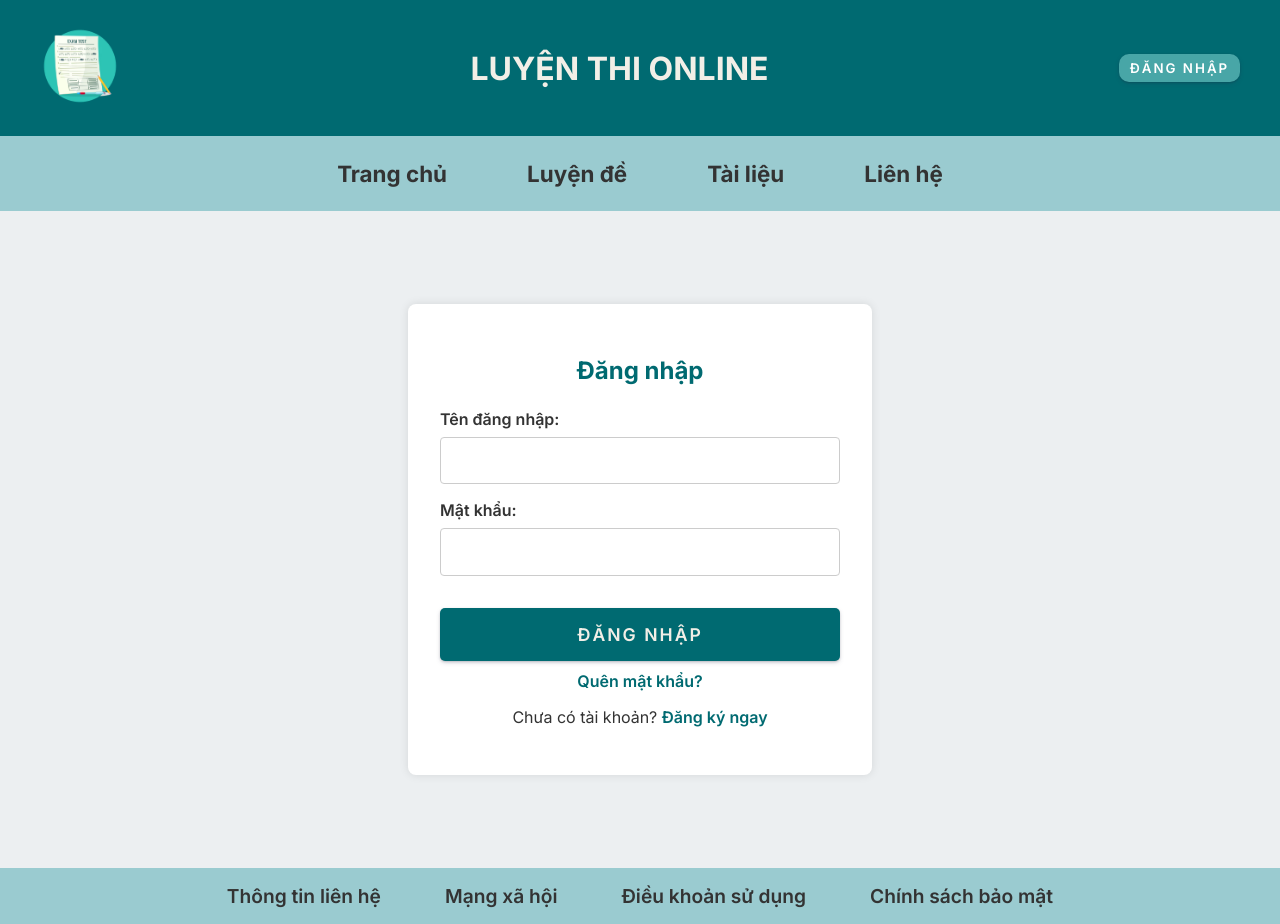
Repository: trgiangday/LapTrinhWeb
Page: http://localhost/login
An editor plug-in stored every save of this project. The page is shown before and after the next save, followed by the edit.
The browser window is 1280 px wide. The pictures show the whole page.
Some web fonts or font styles are not loaded; a fallback is used. The page is served by the project's application, run on Flask 3 (py/main.py).

Above is the page before, as saved 2025-05-15 15:24:54.

After the next save:
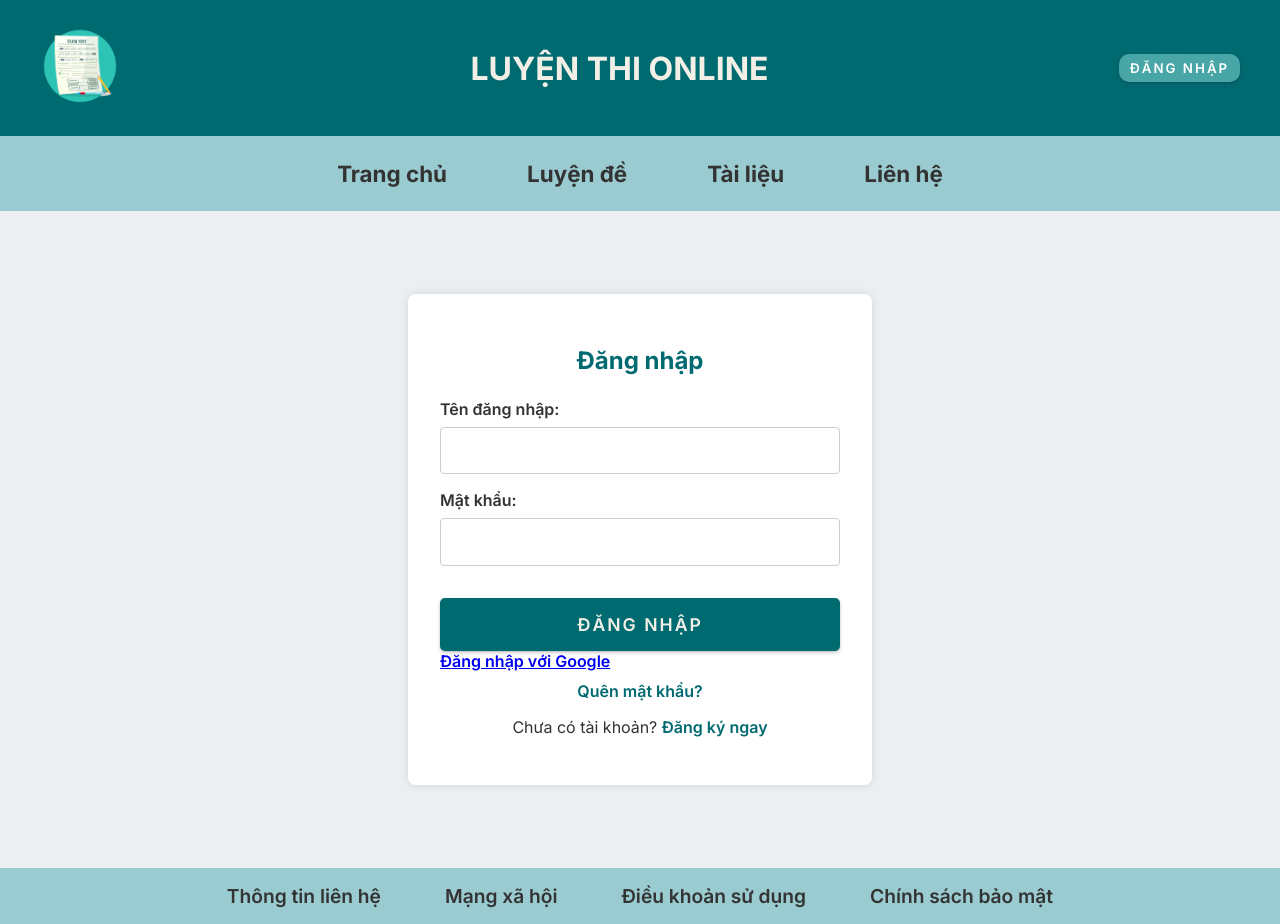
Saved 117 s later.
--- a/templates/login.html
+++ b/templates/login.html
@@ -49,6 +49,8 @@
                 </div>
                 <button type="submit" class="login-button inter-600 btn login-submit-button">Đăng nhập</button>
             </form>
+            <!-- Thêm nút Đăng nhập với Google -->
+            <a href="{{ url_for('login_google') }}" class="google-login-button inter-600">Đăng nhập với Google</a>
             <!-- Căn giữa và đồng bộ màu chữ "Quên mật khẩu?" -->
             <p class="forgot-password-link inter-400"><a href="{{ url_for('forgot_password') }}" class="inter-600">Quên mật khẩu?</a></p>
             <p class="inter-400 signup-link">Chưa có tài khoản? <a href="{{ url_for('signup') }}" class="inter-600">Đăng ký ngay</a></p>
